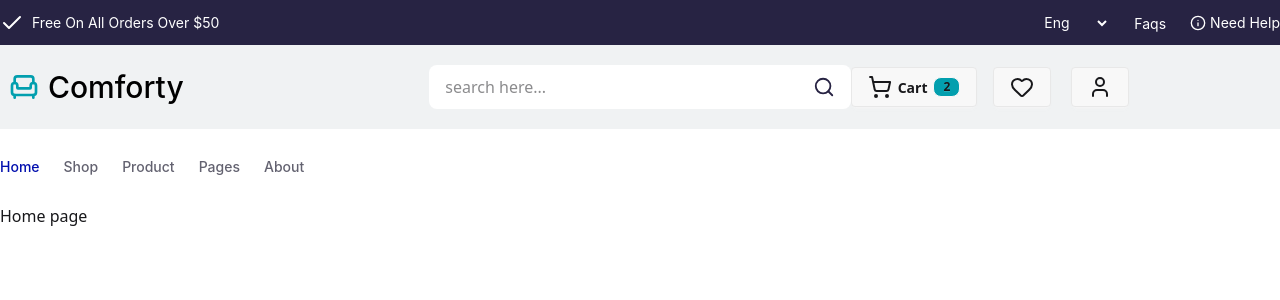
Repository: Neda0o0/store-template-website
Page: /
These files come from the project's save history. The page is drawn as it stood at one moment and after the next save; the edit follows.
The browser window is 1280 px wide. The pictures show the whole page.
The project was rebuilt for these pictures with package versions that can differ from the ones it lists, and the page was loaded fresh each time. Also part of the build but not shown: vite.config.js, src/Pages/Auth/Auth.jsx, src/Pages/Auth/Login/Login.jsx, src/Pages/Auth/Register/Register.jsx, src/Pages/Error/Error.jsx, src/AuthCheck/AuthCheck.jsx.

Above is the page before, as saved 2025-10-20 21:21:46.

### index.html
<!doctype html>
<html lang="en">
  <head>
    <meta charset="UTF-8" />
    <link rel="icon" type="image/svg+xml" href="/vite.svg" />
    <meta name="viewport" content="width=device-width, initial-scale=1.0" />
    <title>new-project</title>
  </head>
  <body>
    <div id="root"></div>
    <script type="module" src="/src/main.jsx"></script>
  </body>
</html>

### src/main.jsx
import { StrictMode } from "react";
import { createRoot } from "react-dom/client";
import MainLayout from "./MainLayout/MainLayout";
import "./index.css";

createRoot(document.getElementById("root")).render(
  <StrictMode>
    <MainLayout />
  </StrictMode>
);

### src/MainLayout/MainLayout.jsx
import { BrowserRouter, Route, Routes } from "react-router";
import Navbar from "../components/Navbar/Navbar";
import Home from "../Pages/Home/Home";
import Auth from "../Pages/Auth/Auth";
import Login from "../Pages/Auth/Login/Login";
import Register from "../Pages/Auth/Register/Register";
import Error from "../Pages/Error/Error";
import AuthCheck from "../AuthCheck/AuthCheck";

const MainLayout = () => {
  return (
    <BrowserRouter>
      {/* Navbar */}
      <Navbar />
      <Routes>
        <Route
          path="/"
          element={
            <AuthCheck>
              <Home />
            </AuthCheck>
          }
        />
        <Route path="auth" element={<Auth />}>
          <Route path="login" element={<Login />} />
          <Route path="register" element={<Register />} />
        </Route>
        {/* not found routes */}
        <Route path="*" element={<Error />} />
      </Routes>
    </BrowserRouter>
  );
};
export default MainLayout;

### src/index.css
@import "tailwindcss";
@plugin "daisyui";

/* google font inter */
@import url("https://fonts.googleapis.com/css2?family=Inter:ital,opsz,wght@0,14..32,100..900;1,14..32,100..900&display=swap");

@theme {
  --font-inter: "Inter", sans-serif;
}

### src/components/Navbar/Navbar.jsx
import {
  Armchair,
  Check,
  Info,
  Search,
  ShoppingCart,
  Heart,
  User,
} from "lucide-react";
import { Link, NavLink } from "react-router-dom";

const Navbar = () => {
  return (
    <div>
      {/* navbar top */}
      <div className="navbar_top flex items-center justify-center bg-[#272343] w-full h-[45px]">
        <div className="lg:container flex justify-between items-center">
          <p className="flex items-center gap-2 text-sm font-inter font-normal text-white capitalize">
            <Check />
            Free on all orders over $50
          </p>
          <div className="navbar_top_right flex items-center gap-6">
            <select
              defaultValue="Server location"
              className=" bg-none h-[30px] w-[70px] text-sm font-inter font-normal capitalize text-white"
            >
              <option>Eng</option>
              <option>Farsi</option>
            </select>
            <button>
              <Link className="text-sm text-white font-inter font-normal capitalize ">
                Faqs
              </Link>
            </button>
            <button>
              <Link className="flex items-center gap-1 text-sm  text-white font-inter font-normal capitalize">
                <Info size={16} />
                Need help
              </Link>
            </button>
          </div>
        </div>
      </div>
      {/* navbar middle */}
      <div className="navbar middle flex items-center justify-center bg-[#f0f2f3] w-full h-[84px]">
        <div className="lg:container grid grid-cols-3 items-center">
          <div className="logo_wrapper">
            <Link
              to="/"
              className="text-3xl text-black font-inter font-medium capitalize flex items-center gap-2"
            >
              <Armchair size="2rem" color="#029fae" /> Comforty
            </Link>
          </div>
          <div className="search_box">
            <form action="#" className="max-w-[443px] h-[44px] relative">
              <input
                type="text"
                placeholder="search here..."
                className=" max-w-[443px] w-full h-full bg-white rounded-lg pl-4 "
              />
              <button className="absolute to-50% right-4 translate-y-1/2">
                <Search size="22px" color="#272343" />
              </button>
            </form>
          </div>
          {/* navbar middle right */}
          <div className="navbar_middle_right flex items-center gap-4">
            <button className="btn capitalize">
              <ShoppingCart /> cart
              <div className="badge badge-sm bg-[#029fae]">2</div>
            </button>
            <button className="btn capitalize">
              <Heart />
            </button>

            <div className="dropdown">
              <div tabIndex={0} role="button" className="btn m-1">
                <User />
              </div>
              <ul
                tabIndex="-1"
                className="dropdown-content menu bg-base-100 rounded-box z-1 w-52 p-2 shadow-sm"
              >
                <li>
                  <Link>Account</Link>
                </li>
                <li>
                  <Link>Logout</Link>
                </li>
              </ul>
            </div>
          </div>
        </div>
      </div>

      {/* navbar bottom */}
      <div className="navbar_bottom flex items-center justify-center w-full h-[75px] bg-white">
        <div className="lg:container flex items-center justify-between">
          <div className="navbar_bottom_right">
            <nav className="flex items-center gap-6">
              <NavLink
                to="/"
                className="text-sm text-[#020fae] font-inter font-medium capitalize"
              >
                Home
              </NavLink>
              <NavLink className="text-sm text-[#636270] font-inter font-medium capitalize">
                shop
              </NavLink>
              <NavLink className="text-sm text-[#636270] font-inter font-medium capitalize">
                product
              </NavLink>
              <NavLink className="text-sm text-[#636270] font-inter font-medium capitalize">
                pages
              </NavLink>
              <NavLink className="text-sm text-[#636270] font-inter font-medium capitalize">
                about
              </NavLink>
            </nav>
          </div>
        </div>
      </div>
    </div>
  );
};
export default Navbar;

### src/Pages/Home/Home.jsx
const Home = () => {
  return <div>Home page</div>;
};
export default Home;

After the next save:
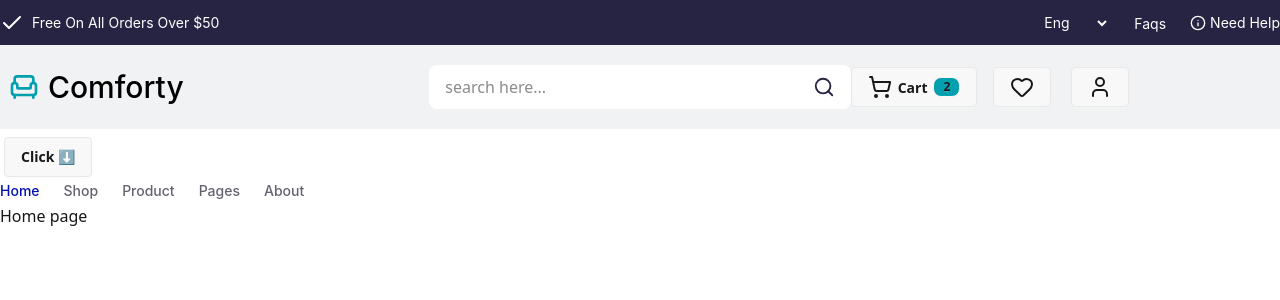
Saved 49 s later.
--- a/src/components/Navbar/Navbar.jsx
+++ b/src/components/Navbar/Navbar.jsx
@@ -98,6 +98,22 @@ const Navbar = () => {
       <div className="navbar_bottom flex items-center justify-center w-full h-[75px] bg-white">
         <div className="lg:container flex items-center justify-between">
           <div className="navbar_bottom_right">
+            <div className="dropdown dropdown-start">
+              <div tabIndex={0} role="button" className="btn m-1">
+                Click ⬇️
+              </div>
+              <ul
+                tabIndex="-1"
+                className="dropdown-content menu bg-base-100 rounded-box z-1 w-52 p-2 shadow-sm"
+              >
+                <li>
+                  <a>Item 1</a>
+                </li>
+                <li>
+                  <a>Item 2</a>
+                </li>
+              </ul>
+            </div>
             <nav className="flex items-center gap-6">
               <NavLink
                 to="/"
